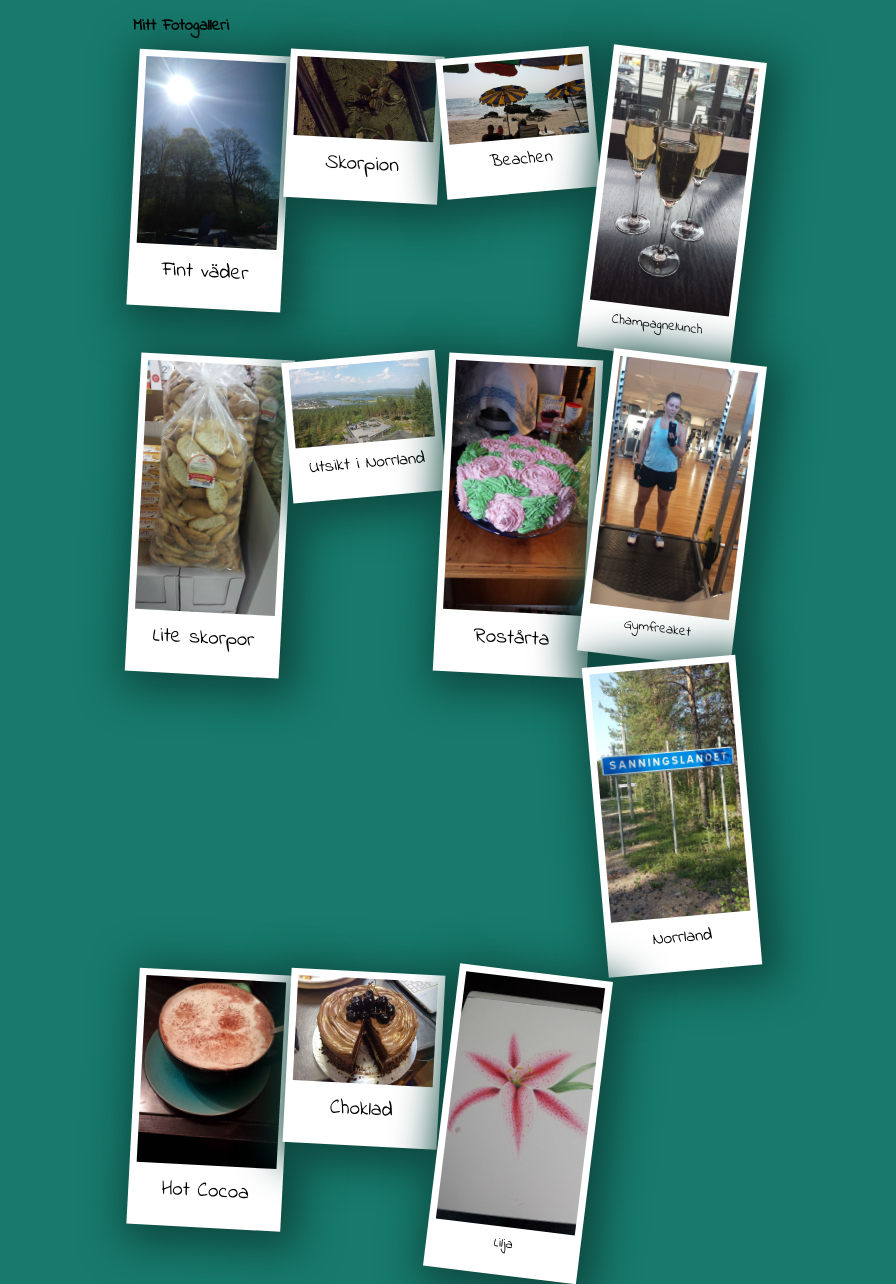
Repository: jc222fi/1ik415-laborationer
Page: gallery/index.html
The author's editor kept a record of every edit. The page is drawn from the files as they stood at one moment, then again after the next edit.
The browser window is 1280 px wide. The pictures show the whole page, at 70% of full size.

Above is the page before.

After the next edit:
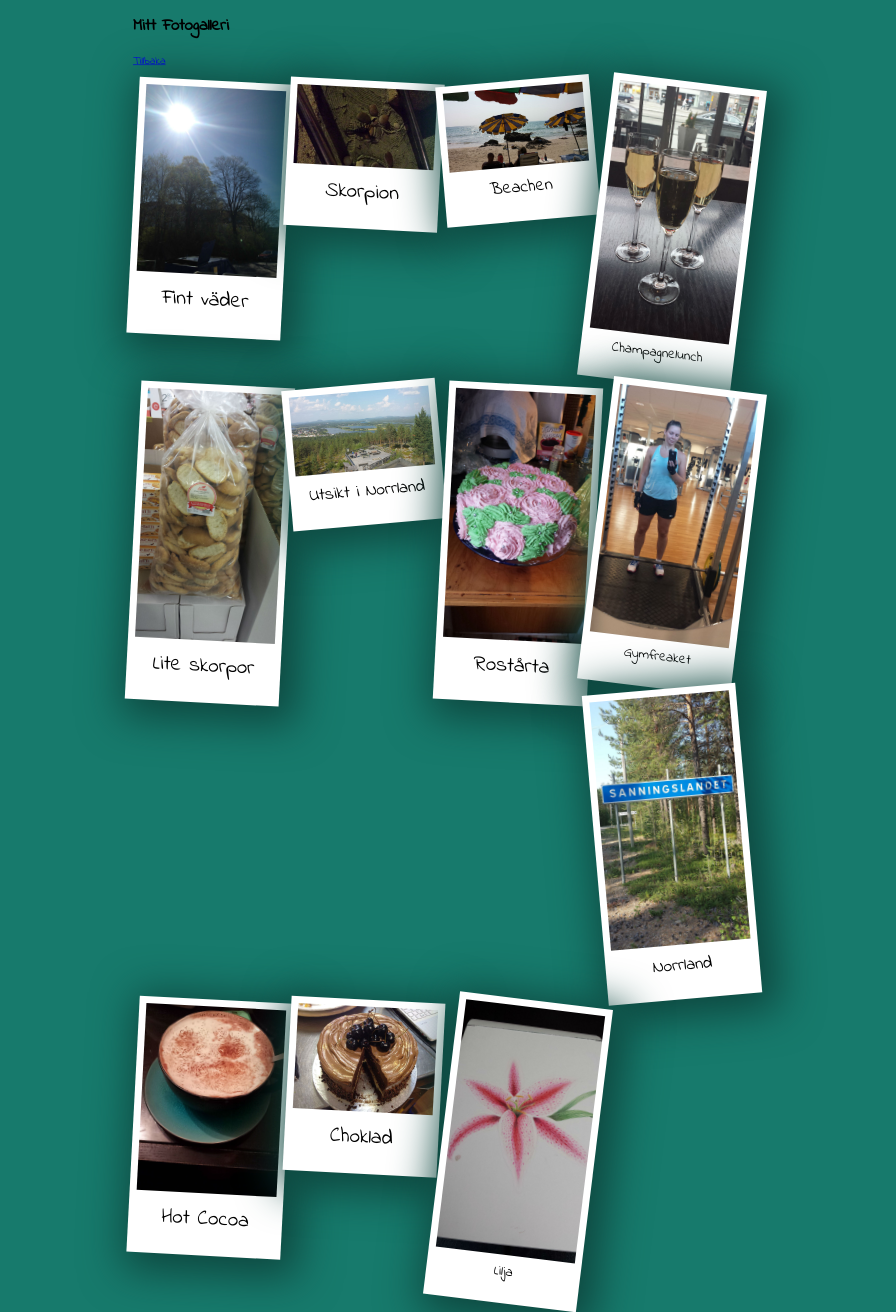
The edit:
--- a/gallery/index.html
+++ b/gallery/index.html
@@ -13,6 +13,7 @@
             <header>
                 <h1>Mitt Fotogalleri</h1>
             </header>
+            <p><a href="../pages/laborationer.html">Tillbaka</a></p>
             <div id="images">
                 <a href="../pics/bild1.jpg" title="Fint väder"><img src="../pics/bild1.jpg" alt="Solen skiner över trädtopparna" /></a>
                 <a href="../pics/bild2.jpg" title="Skorpion"><img src="../pics/bild2.jpg" alt="En skorpion som kryper på en stenmur" /></a>
